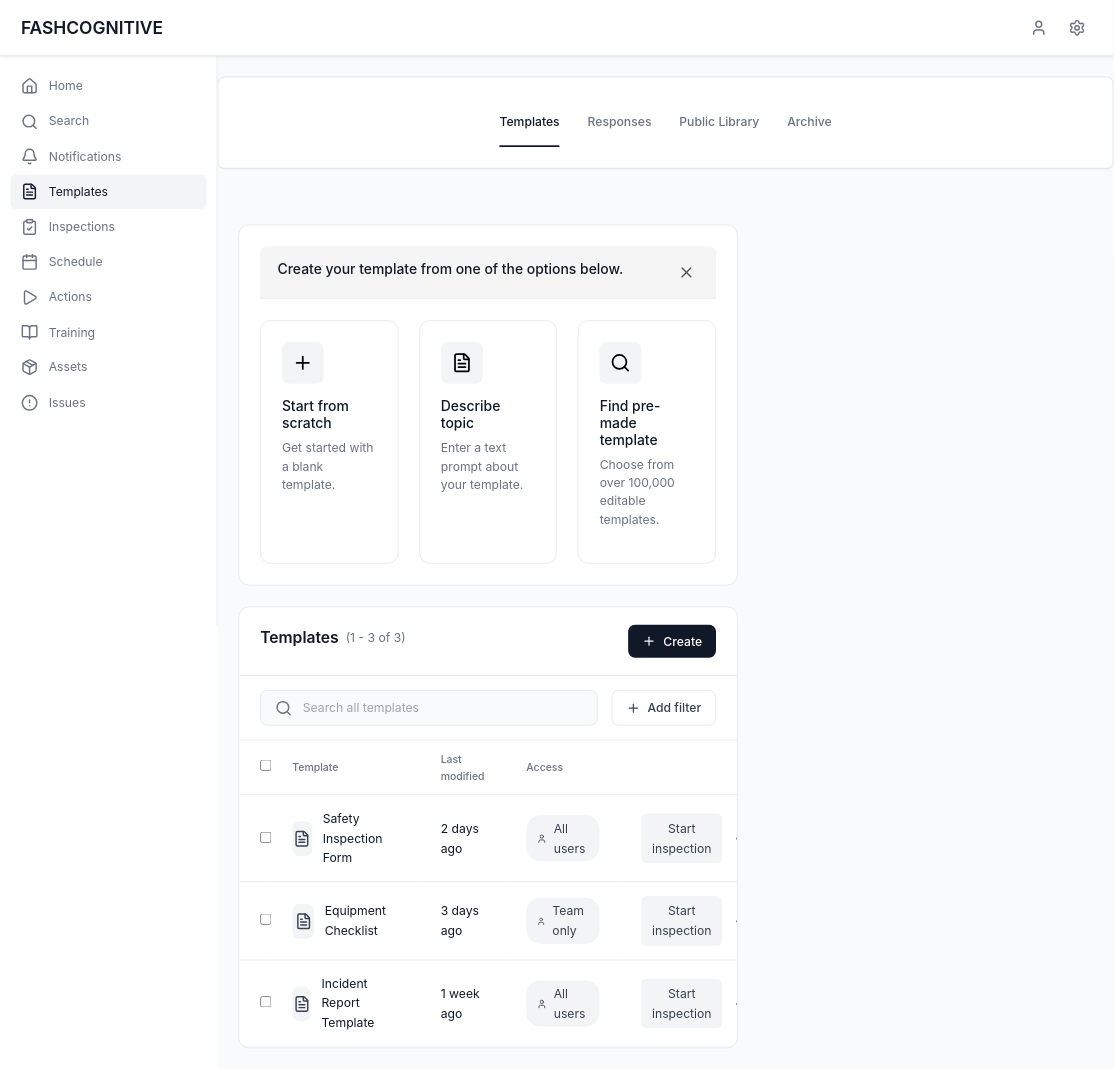
Repository: loganand612/fashcognitive-intern
Page: /template (app in fash/)
The author's editor kept a copy of each file at every save. The page is drawn from the files as they stood at one save, then again after the next save.
The browser window is 1280 px wide. The pictures show the whole page, at 87% of full size.
The project was rebuilt for these pictures with package versions that can differ from the ones it lists, and the page was loaded fresh each time. Also part of the build but not shown: fash/src/pages/Login.css, fash/src/pages/Register.css, fash/src/pages/Home.tsx, fash/src/pages/Login.tsx, fash/src/pages/Register.tsx, fash/src/pages/Home2.tsx, fash/src/pages/Create_template.tsx, fash/src/pages/Dashboard.tsx. Imported but missing from the stored project, and not drawn on this page: fash/src/pages/assets/head1.mp4.

Above is the page before, as saved 2025-04-12 18:17:40.

### fash/src/index.tsx
import React from 'react';
import ReactDOM from 'react-dom/client';

// Import third-party styles first
import 'bootstrap/dist/css/bootstrap.min.css';
import '@fortawesome/fontawesome-free/css/all.min.css';

// Import page-specific styles last
import './pages/Home.css';
import './pages/Home2.css';
import './pages/Login.css';
import './pages/Register.css';
import './pages/Dashboard.css';
import './pages/Template.css';
import './pages/Create_template.css';

import App from './App';
import reportWebVitals from './reportWebVitals';

const root = ReactDOM.createRoot(
  document.getElementById('root') as HTMLElement
);
root.render(
  <React.StrictMode>
    <App />
  </React.StrictMode>
);

// If you want to start measuring performance in your app, pass a function
// to log results (for example: reportWebVitals(console.log))
// or send to an analytics endpoint. Learn more: https://bit.ly/CRA-vitals
reportWebVitals();

### fash/src/pages/Home.css
/* Reset & Base Styles */
* {
  margin: 0;
  padding: 0;
  box-sizing: border-box;
  font-family: -apple-system, BlinkMacSystemFont, 'Segoe UI', Roboto, sans-serif;
}

body {
  font-family: -apple-system, BlinkMacSystemFont, 'Segoe UI', Roboto, sans-serif;
  background-color: #f8f9fe;
  color: #1f2937;
  line-height: 1.5;
}

/* Layout */
.page-wrapper {
  min-height: 100vh;
  display: flex;
  flex-direction: column;
}

.content-wrapper {
  display: flex;
  flex: 1;
  position: relative;
}

/* Navigation */
.navbar {
  background: white;
  height: 64px;
  padding: 0 2rem;
  box-shadow: 0 1px 3px rgba(0,0,0,0.1);
  display: flex;
  align-items: center;
  justify-content: space-between;
  position: fixed;
  top: 0;
  left: 0;
  right: 0;
  z-index: 1000;
}

.logo {
  font-weight: bold;
  font-size: 1.5rem;
  color: #302d2d;
  text-decoration: none;
  transition: all 0.3s ease;
}

.logo:hover {
  color: #2563eb;
}

.nav-links {
  display: flex;
  gap: 1rem;
  align-items: center;
}

/* Buttons */
.btn {
  padding: 0.5rem 1rem;
  border-radius: 0.375rem;
  border: none;
  cursor: pointer;
  font-size: 0.875rem;
  font-weight: 500;
  text-decoration: none;
  transition: all 0.3s ease;
}

.btn-primary {
  background: #3b82f6;
  color: white;
}

.btn-primary:hover {
  background: #c0ceec;
}

.btn-secondary {
  background: #ffffff;
  border: 1px solid #e5e7eb;
  color: #4b5563;
}

.btn-secondary:hover {
  background: #d2d5da;
}

/* Language Selector */
.language-select {
  position: relative;
}

.language-btn {
  display: flex;
  align-items: center;
  gap: 0.5rem;
  padding: 0.5rem 1rem;
  border: 1px solid #e5e7eb;
  border-radius: 1.5rem;
  background: white;
  cursor: pointer;
  transition: all 0.3s ease;
}

.language-btn:hover {
  border-color: #3b82f6;
}

.language-dropdown {
  position: absolute;
  top: calc(100% + 0.5rem);
  right: 0;
  background: white;
  border-radius: 0.5rem;
  box-shadow: 0 4px 6px rgba(0,0,0,0.1);
  padding: 0.5rem 0;
  display: none;
  min-width: 150px;
  z-index: 1000;
}

.language-select:hover .language-dropdown {
  display: block;
}

.language-option {
  padding: 0.5rem 1rem;
  cursor: pointer;
  transition: all 0.3s ease;
}

.language-option:hover {
  background: #f8f9fe;
  color: #3b82f6;
}

/* Notification Badge */
.notification-badge {
  position: relative;
}

.notification-badge::after {
  content: '';
  position: absolute;
  top: -2px;
  right: -2px;
  width: 8px;
  height: 8px;
  background-color: #ef4444;
  border-radius: 50%;
  border: 2px solid white;
}

/* Sidebar */
.sidebar {
  width: 250px;
  background: white;
  height: calc(100vh - 64px);
  position: fixed;
  top: 64px;
  left: 0;
  padding: 1.5rem 1rem;
  border-right: 1px solid #e5e7eb;
  overflow-y: auto;
  z-index: 100;
}

.sidebar-link {
  display: flex;
  align-items: center;
  padding: 0.75rem 1rem;
  color: #4b5563;
  text-decoration: none;
  border-radius: 0.5rem;
  margin-bottom: 0.5rem;
  transition: all 0.3s ease;
}

.sidebar-link:hover {
  background: #f8f9fe;
  color: #3b82f6;
}

.sidebar-link.active {
  background: #3b82f6;
  color: white;
}

/* Main Content */
.main-content {
  margin-left: 250px;
  margin-top: 64px;
  padding: 5rem;
  width: calc(100% - 250px);
  min-height: calc(100vh - 64px);
}

.landing-content {
  display: flex;
  justify-content: space-between;
  align-items: center;
  gap: 4rem;
  max-width: 1200px;
  margin: 0 auto;
}

.content-left {
  flex: 1;
}

.content-left h1 {
  font-size: 2.5rem;
  color: #1f2937;
  margin-bottom: 2rem;
  line-height: 1.2;
}

.feature-list {
  list-style: none;
}

.feature-list li {
  display: flex;
  align-items: center;
  gap: 1rem;
  margin-bottom: 1rem;
  color: #4b5563;
}

.feature-list li::before {
  content: "";
  width: 20px;
  height: 20px;
  background: #3b82f6;
  border-radius: 50%;
  opacity: 0.2;
}

.qr-container {
  background: white;
  padding: 1rem;
  border-radius: 20px;
  box-shadow: 0 10px 15px rgba(0,0,0,0.1);
  transition: all 0.3s ease;
}

.qr-container:hover {
  transform: translateY(-5px);
  box-shadow: 0 4px 6px rgba(0,0,0,0.1);
}

.qr-code {
  width: 100%;
  max-width: 300px;
}

/* Footer */
.footer {
  background: white;
  padding: 5rem 7rem;
  margin-top: auto;
  margin-left: 250px;
}

.footer-content {
  max-width: 1500px;
  margin: 0 auto;
  display: grid;
  grid-template-columns: repeat(4, 1fr);
  gap: 2rem;
}

.footer-section h3 {
  color: #3b82f6;
  margin-bottom: 1rem;
  font-size: 1.1rem;
}

.footer-section ul {
  list-style: none;
}

.footer-section ul li {
  margin-bottom: 0.5rem;
}

.footer-section ul li a {
  color: #4b5563;
  text-decoration: none;
  transition: all 0.3s ease;
}

.footer-section ul li a:hover {
  color: #3b82f6;
}

.footer-bottom {
  max-width: 1200px;
  margin: 2rem auto 0;
  padding-top: 6rem;
  border-top: 1px solid #e5e7eb;
  text-align: center;
}

.store-buttons {
  display: flex;
  justify-content: center;
  gap: 1rem;
  margin-top: 1rem;
}

.store-buttons img {
  height: 40px;
  transition: all 0.3s ease;
}

.store-buttons img:hover {
  transform: translateY(-2px);
}

/* Mobile Menu Button */
.mobile-menu-btn {
  display: none;
  padding: 0.5rem;
  cursor: pointer;
  background: none;
  border: none;
}

/* Responsive Design */
@media (max-width: 1024px) {
  .sidebar {
      width: 200px;
  }

  .main-content {
      margin-left: 200px;
      width: calc(100% - 200px);
  }

  .footer {
      margin-left: 200px;
  }
}

@media (max-width: 768px) {
  .navbar {
      padding: 0 1rem;
  }

  .mobile-menu-btn {
      display: block;
  }

  .nav-links {
      display: none;
  }

  .nav-links.active {
      display: flex;
      flex-direction: column;
      position: absolute;
      top: 64px;
      left: 0;
      right: 0;
      background: white;
      padding: 1rem;
      box-shadow: 0 4px 6px rgba(0,0,0,0.1);
  }

  .sidebar {
      transform: translateX(-100%);
      transition: transform 0.3s ease;
  }

  .sidebar.active {
      transform: translateX(0);
  }

  .main-content,
  .footer {
      margin-left: 0;
      width: 100%;
  }

  .landing-content {
      flex-direction: column;
      text-align: center;
      padding: 1rem;
  }

  .content-left h1 {
      font-size: 2rem;
  }

  .footer-content {
      grid-template-columns: repeat(2, 1fr);
  }
}

@media (max-width: 480px) {
  .footer-content {
      grid-template-columns: 1fr;
  }
}

### fash/src/pages/Dashboard.css
.dashboard-container {
  display: flex;
  flex-direction: column;
  min-height: 100vh;
}

/* Navbar */
.navbar {
  position: fixed;
  top: 0;
  left: 0;
  right: 0;
  height: 64px;
  background: white;
  border-bottom: 1px solid #e5e7eb;
  display: flex;
  align-items: center;
  justify-content: space-between;
  padding: 0 24px;
  z-index: 50;
}

.navbar-brand {
  font-size: 20px;
  font-weight: 600;
}

.navbar-actions {
  display: flex;
  gap: 8px;
}

.nav-button {
  padding: 8px;
  background: none;
  border: none;
  border-radius: 8px;
  color: #6b7280;
  cursor: pointer;
  transition: all 0.2s;
}

.nav-button:hover {
  background-color: #f3f4f6;
  color: #111827;
}

.nav-icon {
  width: 20px;
  height: 20px;
}

/* Sidebar */
.sidebar {
  position: fixed;
  top: 64px;
  left: 0;
  width: 250px;
  height: calc(100vh - 64px);
  background: white;
  border-right: 1px solid #e5e7eb;
  padding: 16px 12px;
  overflow-y: auto;
}

.sidebar-nav {
  display: flex;
  flex-direction: column;
  gap: 2px;
}

.nav-link {
  display: flex;
  align-items: center;
  padding: 8px 12px;
  color: #6b7280;
  text-decoration: none;
  border-radius: 6px;
  transition: all 0.2s;
}

.nav-link:hover {
  background-color: #f3f4f6;
  color: #111827;
}

.nav-link .nav-icon {
  margin-right: 12px;
}

/* Main Content */
.main-content {
  margin-left: 250px;
  margin-top: 64px;
  padding: 32px;
  background-color: #f9fafb;
  min-height: calc(100vh - 64px);
}

/* Header Section */
.header-section {
  display: flex;
  justify-content: space-between;
  align-items: center;
  margin-bottom: 24px;
}

.page-title {
  font-size: 24px;
  font-weight: 600;
  color: #111827;
}

.user-tags {
  display: flex;
  align-items: center;
  gap: 8px;
}

.user-tag {
  display: flex;
  align-items: center;
  justify-content: center;
  min-width: 32px;
  height: 32px;
  padding: 0 12px;
  background-color: #f3f4f6;
  border-radius: 16px;
  font-size: 14px;
  font-weight: 500;
  color: #374151;
}

.user-count {
  display: flex;
  align-items: center;
  justify-content: center;
  height: 32px;
  padding: 0 12px;
  background-color: #f3f4f6;
  border-radius: 16px;
  font-size: 14px;
  font-weight: 500;
  color: #374151;
}

.add-user-button {
  height: 32px;
  padding: 0 16px;
  background-color: #111827;
  color: white;
  border: none;
  border-radius: 16px;
  font-size: 14px;
  font-weight: 500;
  cursor: pointer;
  transition: background-color 0.2s;
}

.add-user-button:hover {
  background-color: #1f2937;
}

/* Summary Cards */
.summary-cards {
  display: grid;
  grid-template-columns: repeat(3, 1fr);
  gap: 24px;
  margin-bottom: 32px;
}

.summary-card {
  background: white;
  border: 1px solid #e5e7eb;
  border-radius: 12px;
  padding: 24px;
  display: flex;
  align-items: center;
  justify-content: space-between;
}

.card-content {
  display: flex;
  align-items: center;
  gap: 16px;
}

.card-icon {
  width: 48px;
  height: 48px;
  background: #f3f4f6;
  border-radius: 8px;
  display: flex;
  align-items: center;
  justify-content: center;
}

.card-icon .icon {
  width: 24px;
  height: 24px;
  color: #374151;
}

.card-info {
  display: flex;
  flex-direction: column;
}

.card-count {
  font-size: 24px;
  font-weight: 600;
  color: #111827;
  line-height: 1.2;
}

.card-label {
  font-size: 14px;
  color: #6b7280;
}

.card-sublabel {
  font-size: 12px;
  color: #9ca3af;
  margin-top: 2px;
}

.card-arrow {
  width: 20px;
  height: 20px;
  color: #9ca3af;
}

/* Recent Activity */
.recent-activity {
  background: white;
  border: 1px solid #e5e7eb;
  border-radius: 12px;
  overflow: hidden;
}

.section-title {
  font-size: 18px;
  font-weight: 600;
  color: #111827;
  padding: 20px 24px;
  border-bottom: 1px solid #e5e7eb;
}

.activity-list {
  display: flex;
  flex-direction: column;
}

.activity-item {
  display: flex;
  align-items: center;
  justify-content: space-between;
  padding: 16px 24px;
  border-bottom: 1px solid #e5e7eb;
}

.activity-item:last-child {
  border-bottom: none;
}

.activity-info {
  display: flex;
  flex-direction: column;
  gap: 4px;
}

.activity-title {
  font-size: 14px;
  font-weight: 500;
  color: #111827;
}

.activity-meta {
  display: flex;
  gap: 16px;
}

.meta-type,
.meta-date {
  font-size: 14px;
  color: #6b7280;
}

.status-badge {
  padding: 4px 12px;
  border-radius: 16px;
  font-size: 14px;
  font-weight: 500;
}

.status-badge.completed {
  background-color: #f3f4f6;
  color: #111827;
}

.status-badge.in-progress {
  background-color: #f3f4f6;
  color: #6b7280;
}

/* Responsive */
@media (max-width: 1024px) {
  .summary-cards {
    grid-template-columns: repeat(2, 1fr);
  }
}

@media (max-width: 768px) {
  .summary-cards {
    grid-template-columns: 1fr;
  }

  .sidebar {
    width: 64px;
  }

  .nav-link span {
    display: none;
  }

  .main-content {
    margin-left: 64px;
  }
}

### fash/src/pages/Template.css
.app-container {
  min-height: 100vh;
  display: flex;
  flex-direction: column;
}

/* Navbar */
.navbar {
  position: fixed;
  top: 0;
  left: 0;
  right: 0;
  height: 64px;
  background: white;
  border-bottom: 1px solid #e5e7eb;
  display: flex;
  align-items: center;
  justify-content: space-between;
  padding: 0 24px;
  z-index: 50;
}

.navbar-brand {
  font-size: 20px;
  font-weight: 600;
  color: #111827;
}

.navbar-actions {
  display: flex;
  gap: 8px;
}

.nav-button {
  padding: 8px;
  background: none;
  border: none;
  border-radius: 8px;
  color: #6b7280;
  cursor: pointer;
  transition: all 0.2s;
  display: flex;
  align-items: center;
  justify-content: center;
}

.nav-button:hover {
  background-color: #f3f4f6;
  color: #111827;
}

/* Sidebar */
.sidebar {
  position: fixed;
  top: 64px;
  left: 0;
  width: 250px;
  height: calc(100vh - 64px);
  background: white;
  border-right: 1px solid #e5e7eb;
  padding: 16px 12px;
  overflow-y: auto;
  z-index: 40;
}

.sidebar-nav {
  display: flex;
  flex-direction: column;
  gap: 2px;
}

.nav-link {
  display: flex;
  align-items: center;
  gap: 12px;
  padding: 8px 12px;
  color: #6b7280;
  text-decoration: none;
  border-radius: 6px;
  transition: all 0.2s;
  font-size: 14px;
}

.nav-link:hover {
  background-color: #f3f4f6;
  color: #111827;
}

.nav-link.active {
  background-color: #f3f4f6;
  color: #111827;
}

/* Main Content */
.template-container {
  margin-left: 250px;
  margin-top: 64px;
  min-height: calc(100vh - 64px);
  background-color: #f9fafb;
  flex: 1;
}

.template-header {
  position: sticky;
  top: 64px;
  background-color: white;
  border-bottom: 1px solid #e5e7eb;
  z-index: 30;
}

.template-tabs {
  max-width: 1200px;
  margin: 0 auto;
  display: flex;
  gap: 32px;
  padding: 0 32px;
}

.tab {
  padding: 16px 0;
  font-size: 14px;
  font-weight: 500;
  color: #6b7280;
  background: none;
  border: none;
  border-bottom: 2px solid transparent;
  cursor: pointer;
  transition: all 0.2s;
}

.tab:hover {
  color: #111827;
}

.tab.active {
  color: #111827;
  border-bottom-color: #111827;
}

.template-content {
  max-width: 1200px;
  margin: 0 auto;
  padding: 16px 32px;
}

/* Creation Section */
.creation-section {
  background: white;
  border-radius: 12px;
  border: 1px solid #e5e7eb;
  margin-top: 8px;
  margin-bottom: 24px;
  padding: 24px;
}

.section-header {
  display: flex;
  justify-content: space-between;
  align-items: center;
  margin-bottom: 24px;
}

.section-header h2 {
  font-size: 16px;
  font-weight: 500;
  color: #111827;
}

.close-button {
  padding: 8px;
  background: none;
  border: none;
  border-radius: 8px;
  color: #6b7280;
  cursor: pointer;
  transition: all 0.2s;
  display: flex;
  align-items: center;
  justify-content: center;
}

.close-button:hover {
  background-color: #f3f4f6;
  color: #111827;
}

.creation-options {
  display: grid;
  grid-template-columns: repeat(3, 1fr);
  gap: 24px;
}

.option-card {
  background: white;
  border: 1px solid #e5e7eb;
  border-radius: 12px;
  padding: 24px;
  cursor: pointer;
  transition: all 0.2s;
}

.option-card:hover {
  border-color: #9ca3af;
}

.option-icon {
  width: 48px;
  height: 48px;
  background: #f3f4f6;
  border-radius: 8px;
  display: flex;
  align-items: center;
  justify-content: center;
  margin-bottom: 16px;
}

.option-card h3 {
  font-size: 16px;
  font-weight: 500;
  color: #111827;
  margin-bottom: 8px;
}

.option-card p {
  font-size: 14px;
  color: #6b7280;
  line-height: 1.5;
}

/* Templates Section */
.templates-section {
  background: white;
  border-radius: 12px;
  border: 1px solid #e5e7eb;
  overflow: hidden;
}

.templates-header {
  display: flex;
  justify-content: space-between;
  align-items: center;
  padding: 20px 24px;
  border-bottom: 1px solid #e5e7eb;
}

.templates-header h2 {
  font-size: 18px;
  font-weight: 600;
  color: #111827;
  display: flex;
  align-items: center;
  gap: 8px;
}

.count {
  font-size: 14px;
  font-weight: normal;
  color: #6b7280;
}

.create-button {
  display: flex;
  align-items: center;
  gap: 8px;
  padding: 8px 16px;
  background-color: #111827;
  color: white;
  border: none;
  border-radius: 8px;
  font-size: 14px;
  font-weight: 500;
  cursor: pointer;
  transition: background-color 0.2s;
}

.create-button:hover {
  background-color: #1f2937;
}

.search-controls {
  display: flex;
  gap: 16px;
  padding: 16px 24px;
  border-bottom: 1px solid #e5e7eb;
}

.search-field {
  flex: 1;
  display: flex;
  align-items: center;
  gap: 12px;
  padding: 8px 16px;
  background: #f9fafb;
  border: 1px solid #e5e7eb;
  border-radius: 8px;
}

.search-icon {
  color: #6b7280;
}

.search-field input {
  flex: 1;
  border: none;
  background: none;
  font-size: 14px;
  color: #111827;
  outline: none;
}

.search-field input::placeholder {
  color: #9ca3af;
}

.filter-button {
  display: flex;
  align-items: center;
  gap: 8px;
  padding: 8px 16px;
  background: white;
  border: 1px solid #e5e7eb;
  border-radius: 8px;
  font-size: 14px;
  font-weight: 500;
  color: #374151;
  cursor: pointer;
  transition: all 0.2s;
}

.filter-button:hover {
  background: #f9fafb;
  border-color: #9ca3af;
}

/* Table Styles */
.templates-table {
  width: 100%;
}

table {
  width: 100%;
  border-collapse: collapse;
}

th {
  padding: 12px 24px;
  font-size: 12px;
  font-weight: 500;
  color: #6b7280;
  text-align: left;
  border-bottom: 1px solid #e5e7eb;
}

td {
  padding: 16px 24px;
  font-size: 14px;
  color: #111827;
  border-bottom: 1px solid #e5e7eb;
}

.checkbox-column {
  width: 48px;
  padding-right: 0;
}

.template-cell {
  display: flex;
  align-items: center;
  gap: 12px;
}

.template-icon {
  width: 40px;
  height: 40px;
  background: #f3f4f6;
  border-radius: 8px;
  display: flex;
  align-items: center;
  justify-content: center;
  color: #374151;
}

.access-badge {
  display: inline-flex;
  align-items: center;
  gap: 8px;
  padding: 4px 12px;
  background: #f3f4f6;
  border-radius: 16px;
  font-size: 14px;
  color: #374151;
}

.action-buttons {
  display: flex;
  align-items: center;
  gap: 8px;
}

.start-inspection {
  padding: 6px 12px;
  background: #f3f4f6;
  border: none;
  border-radius: 6px;
  font-size: 14px;
  color: #374151;
  cursor: pointer;
  transition: all 0.2s;
}

.start-inspection:hover {
  background: #e5e7eb;
}

.more-options {
  padding: 6px;
  background: none;
  border: none;
  border-radius: 6px;
  color: #6b7280;
  cursor: pointer;
  transition: all 0.2s;
  display: flex;
  align-items: center;
  justify-content: center;
}

.more-options:hover {
  background: #f3f4f6;
  color: #374151;
}

/* Responsive */
@media (max-width: 1024px) {
  .creation-options {
    grid-template-columns: repeat(2, 1fr);
  }
}

@media (max-width: 768px) {
  .creation-options {
    grid-template-columns: 1fr;
  }

  .template-tabs {
    gap: 16px;
    padding: 0 16px;
  }

  .template-content {
    padding: 16px;
  }
}

### fash/src/App.tsx
import { BrowserRouter as Router, Route, Routes } from 'react-router-dom';
import Home from './pages/Home';
import Login from './pages/Login';
import Register from './pages/Register';
import Home2 from './pages/Home2';
import Create_template from './pages/Create_template';
import Dashboard from './pages/Dashboard';
import Template from './pages/Template_page';

function App() {
    return (
        <div className="app-container">
            <Router>
                <div className="page-container">
                    <div className="content-container">
                        <Routes>
                            <Route path="/" element={<Home2 />} />
                            <Route path="/login" element={<Login />} />
                            <Route path="/register" element={<Register />} />
                            <Route path="/homee" element={<Home />} />
                            <Route path="/ct" element={<Create_template />} />
                            <Route path="/dashboard" element={<Dashboard />} />
                            <Route path="template" element={<Template />} />
                        </Routes>
                    </div>
                </div>
            </Router>
        </div>
    );
}

export default App;

### fash/src/reportWebVitals.ts
import { onCLS, onFID, onFCP, onLCP, onTTFB } from 'web-vitals';

const reportWebVitals = (onPerfEntry?: (metric: any) => void) => {
  if (onPerfEntry && onPerfEntry instanceof Function) {
    onCLS(onPerfEntry);
    onFID(onPerfEntry);
    onFCP(onPerfEntry);
    onLCP(onPerfEntry);
    onTTFB(onPerfEntry);
  }
};

export default reportWebVitals;

Loaded but not shown: fash/public/index.html (common file); fash/src/pages/Create_template.css (2714 lines, source omitted); fash/src/pages/Home2.css (1263 lines, source omitted); fash/src/pages/Template_page.tsx (192 lines, source omitted)

After the next save:
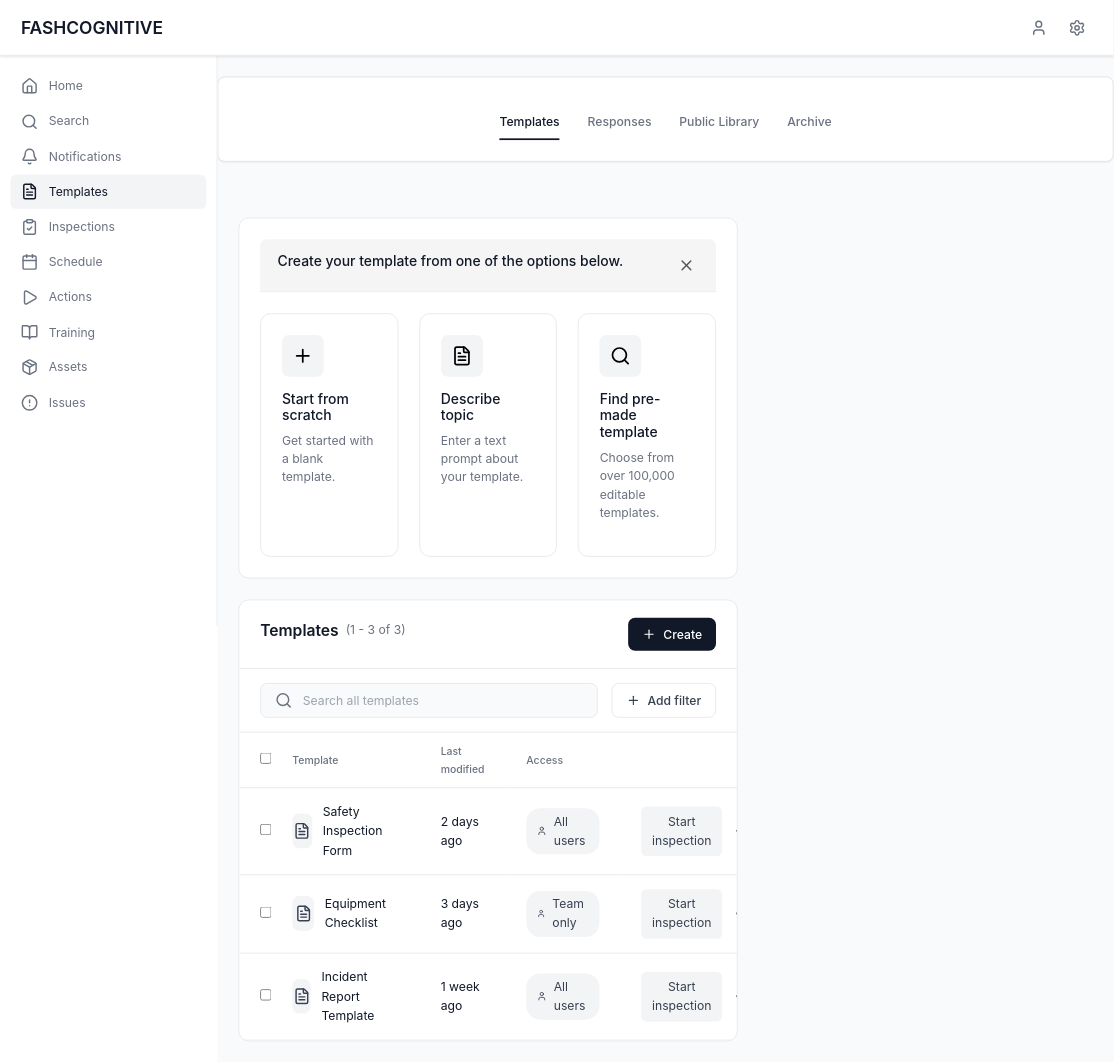
Saved 11 s later.
--- a/fash/src/pages/Template.css
+++ b/fash/src/pages/Template.css
@@ -114,6 +114,7 @@
   display: flex;
   gap: 32px;
   padding: 0 32px;
+  height: 48px; /* Fixed height for the tabs */
 }
 
 .tab {
